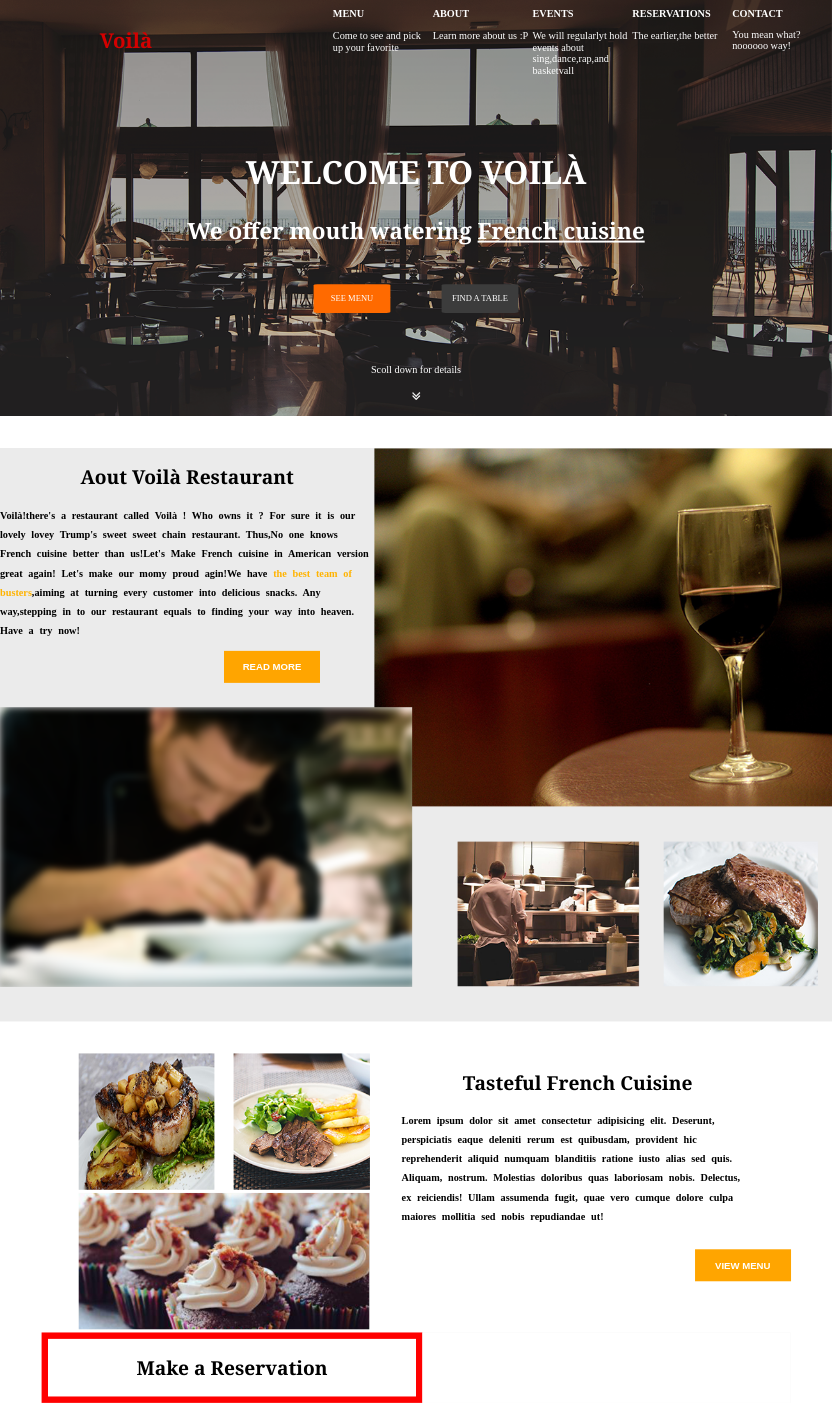
Repository: sis-shen/HTML_vsc
Page: adc_v2/index.html
The author's editor kept a copy of each file at every save. The page is drawn from the files as they stood at one save, then again after the next save.
The browser window is 1280 px wide. The page is 1300 px wide, so the pictures cover 1300 px, including what lies to the right of the window. The pictures show the whole page, at 64% of full size.

Above is the page before, as saved 2023-08-17 10:27:01.

### adc_v2/index.html
<!DOCTYPE html>
<html lang="zh-CN">
<head>
    <meta charset="UTF-8">
    <meta name="viewport" content="width=device-width, initial-scale=1.0">
    <title>王八餐厅</title>
    <link rel="stylesheet" href="style.css">
    <link rel="shotcut icon" href="img/王者.png">
</head>
<body>
    <div class="top-box">
        <div class="nav">
            <div class="t-left"><h1>Voilà </h1></div>

            <div class="t-right">
                <div class="nav-box"><a href="menu.html" target="_blank"><h2>MENU</h2></a>
                    <p>Come to see and pick up your favorite</p></div>
                <div class="nav-box"> <a href="about.html" target="_blank"><h2>ABOUT</h2></a>
                    <p>Learn more about us :P</p></div>
                <div class="nav-box"><a href="events.html" target="_blank"><h2>EVENTS</h2></a>
                    <p>We will regularlyt hold events about sing,dance,rap,and basketvall</p></div>
                <div class="nav-box"> <a href="restaurants.html" target="_blank"><h2>RESERVATIONS</h2></a>
                    <p>The earlier,the better</p></div>
                <div class="nav-box"><a href="contact.html" target="_blank"><h2>CONTACT</h2></a>
                    You mean what?noooooo way!</div>
            </div>
        </div>

        <h1 id="wel">WELCOME TO VOILÀ</h1>
        <h3>We offer mouth watering <u>French cuisine</u></h3>

        <div class="button-box">
            <div class="b-left">
                <a href="menu.html" target="_blank"><button>SEE MENU</button></a>
            </div>
            <div class="b-right">
                <a href="table.index" target="_blank"><button>FIND A TABLE</button></a>
            </div>
        </div>

        <h4>Scoll down for details</h4>

        <div class="down-arrow">
            <img src="img/down-arrow-icon.png" alt="">

        </div>
    </div>

    <!-- =============================================== -->

    <div class="top2-box">
        <div class="up-box">
            <div class="up-left">
                <h2 class="h2-title">Aout Voilà Restaurant</h2>
                <p class="main-p">Voilà!there's a restaurant called Voilà ! Who owns it ? For sure it is our lovely lovey Trump's sweet sweet chain restaurant. Thus,No one knows French cuisine better than us!Let's Make French cuisine in American version great again! Let's make our momy proud agin!We have <a href="https://g.nga.cn/read.php?tid=22017775&rand=757" target="_blank"> the best team of busters</a>,aiming at turning every customer into delicious snacks. Any way,stepping in to our restaurant equals to finding your way into heaven. Have a try now!</p>

                <a href="about.index" target="_blank"><button class="main-button">READ MORE</button></a>

            </div>

            <div class="up-right">
                <img src="img/glass of wine.png" alt="">
            </div>
        </div>
        <div class="down-box">
            <div class="down-left"><img src="img/Eric-McGregor-flickr.png" alt="eric"></div>
            <div class="down-right">
                <div class="left"><img src="img/Restaurant kitchen.png" alt=""></div>
                <div class="right"><img src="img/foodiesfeed.com_excelent-beef-steak-vegetables.png" alt=""> </div>
            </div>

        </div>
    </div>

    <!-- =========================================== -->

    <div class="cuisine-box">
        <div class="left-dish-box">
            <div class="uper">
                <div class="left"><img src="img/Steak and vegetables - Foodies Feed.png" alt="" ></div>
                <div class="right"> <img src="img/Beef-steak-pineapple-salad Foodies Feed.png" alt="" id="cup-cake" ></div>
            <div class="clear-fix"></div>


            </div>


            <div class="downer">
                <img src="img/Cup cakes.png" alt="">
            </div>
        </div>

        <div class="right-p">
            <h2 class="h2-title">Tasteful French Cuisine</h2>

            <p class="main-p">Lorem ipsum dolor sit amet consectetur adipisicing elit. Deserunt, perspiciatis eaque deleniti rerum est quibusdam, provident hic reprehenderit aliquid numquam blanditiis ratione iusto alias sed quis. Aliquam, nostrum. Molestias doloribus quas laboriosam nobis. Delectus, ex reiciendis! Ullam assumenda fugit, quae vero cumque dolore culpa maiores mollitia sed nobis repudiandae ut!</p>

            <a href="menu.html" target="_blank"><button class="main-button" id="b2">VIEW MENU</button></a>


        </div>


    </div>

    <div class="res-events">
        <div class="res">
            <h2 class="h2-title">Make a Reservation</h2>
        </div>
        <div class="events">

        </div>
    </div>



</body>
</html>

### adc_v2/style.css

body {
    box-sizing: border-box;
    font-family:Georgia, 'Times New Roman', Times, serif;

    width: 1300px;

    margin: 0 auto;

}

.clear-fix{
    clear: both;
}

/* .up-left h2 */
.h2-title{

    text-align: center;
    font-size: 30px;
}
.main-p{
    line-height: 30px;
    word-spacing: 5px;
    font-family: 微软雅黑;
    font-weight: bold;
}

.main-button{
    background-color:orange;
    height: 50px;
    width:150px;
    color: #fff;
    font-size: 15px;
    font-weight: bold;
    border: 0;
    margin-left: 350px;
}

.main-button:hover{
    background-color:rgb(213, 139, 0);

}

/* =======top-box===== */

.top-box{
    margin:auto;

    width: 1300px;
    height: 650px;
    background-image: url("img/top.png");
    background-repeat: no-repeat;

    /* border: red solid 10px; */

}

.nav {
    width: 100%;
    height: 200px;
    /* background-color: rgba(0, 255, 255, 0.207); */
    display: flex;
}

.t-left{
    height:100%;
    width: 40%;
    /* background-color: rgba(255, 0, 0, 0.236); */
}

.t-right{
    display: flex;
    height: 100%;
    width:60%;
    font-family: 微软雅黑;
}

.nav-box{
    width: 20%;
    height: 100%;
    /* background-color: rgba(255, 255, 0, 0.149); */
    color: #fff;
}

.nav-box a{
    text-decoration: none;
    color: #fff;
}

.top-box h2{
    font-size:medium
}

.t-left h1{
    color:rgb(212, 0, 0);
    position: relative;
    left:30%;
    top:20px;
}

#wel{
    text-align: center;
    color: #fff;

    font-size: 50px;
}

.top-box h3{
    text-align: center;
    color: #fff;
    font-size: 35px;
}

.button-box{
    display: flex;
    align-items: center;
    justify-content: center;
    margin-top: 60px;
}

.button-box button{
    width: 120px;
    height: 45px;
    margin-inline: 40px;
    font-family: 微软雅黑;
    color: #fff;
}

.b-left button{
    background-color: rgb(255, 106, 0);
    border: 0;
    border-radius: 5%;
}

.b-left button:hover{
    background-color: rgb(205, 85, 0);

}

.b-right button{
    background-color: rgb(60, 60, 60);
    border: 0;
    border-radius: 5%;

}

.b-right button:hover{
    background-color: rgb(35, 35, 35);

}

.top-box h4{
    text-align: center;
    color: #fff;
    font-family: 微软雅黑;
    font-weight:normal;
    margin-top: 80px;
}


.down-arrow {
    text-align: center;
}



/* ===========top2-box============== */

.top2-box{
    background-color: #ebebeb;
    padding-bottom: 50px;
}

.top2-box .up-box
{

    margin-top: 50px;
    display: flex;

    /* border: red solid 10px; */
}

.top2-box .up-left{
    width: 45%;
    min-height: 200px;

    /* border: red solid 10px; */

}

.top2-box .up-right{
    width: 55%;
    min-height: 200px;
}

.up-right img{
    width: 100%;
}





.up-left p a {
    text-decoration: none;
    color: rgb(255, 179, 0);
}

.up-left p a:hover{
    color: rgb(193, 135, 0);

}





.down-box{
    display: flex;
}



.down-right{
    margin-top: 50px;
    width: 45%;
    /* border: red solid 10px; */
    display: flex;

}

.down-right .left{
    width: 45%;
    /* margin-left:5%; */
    margin-right: 10%;
    /* border: red solid 10px; */

}

.down-right .right{
    width: 45%;
    /* border: red solid 10px; */

}

.down-left{
    width: 55%;
    max-height: 250px;
}

.down-left img{
    width: 90%;
    position: relative;
    top:-10em
}

.cuisine-box {
    width: 100%;
    margin-top: 50px;
    display: flex;
    justify-content: center;

    .left-dish-box{
        width: 455px;

        /* border: red solid 10px; */


        .uper{
            margin: 0;
            display: flex;


            .left{
                width: 50%;
            }

            .right{
                width: 50%;
            }
        }

        .downer{

        }

    }


    #cup-cake{
        float: right;
    }

    .right-p{
        width: 550px;
        margin-left: 50px;
        /* border: red solid 10px; */

    }
}

#b2{
    margin-top: 20px;
    margin-left: 458px;
}
/* ==============reservation & events============= */

.res-events{
    margin: 0 auto;
    width: 90%;
    display: flex;
    background-color: #f4f4f4;

    .res{
        background-color: white;
        width: 50%;
        border: red solid 10px;

    }
    .events{
        background-color: white;
        width: 50%;
    }
}

After the next save:
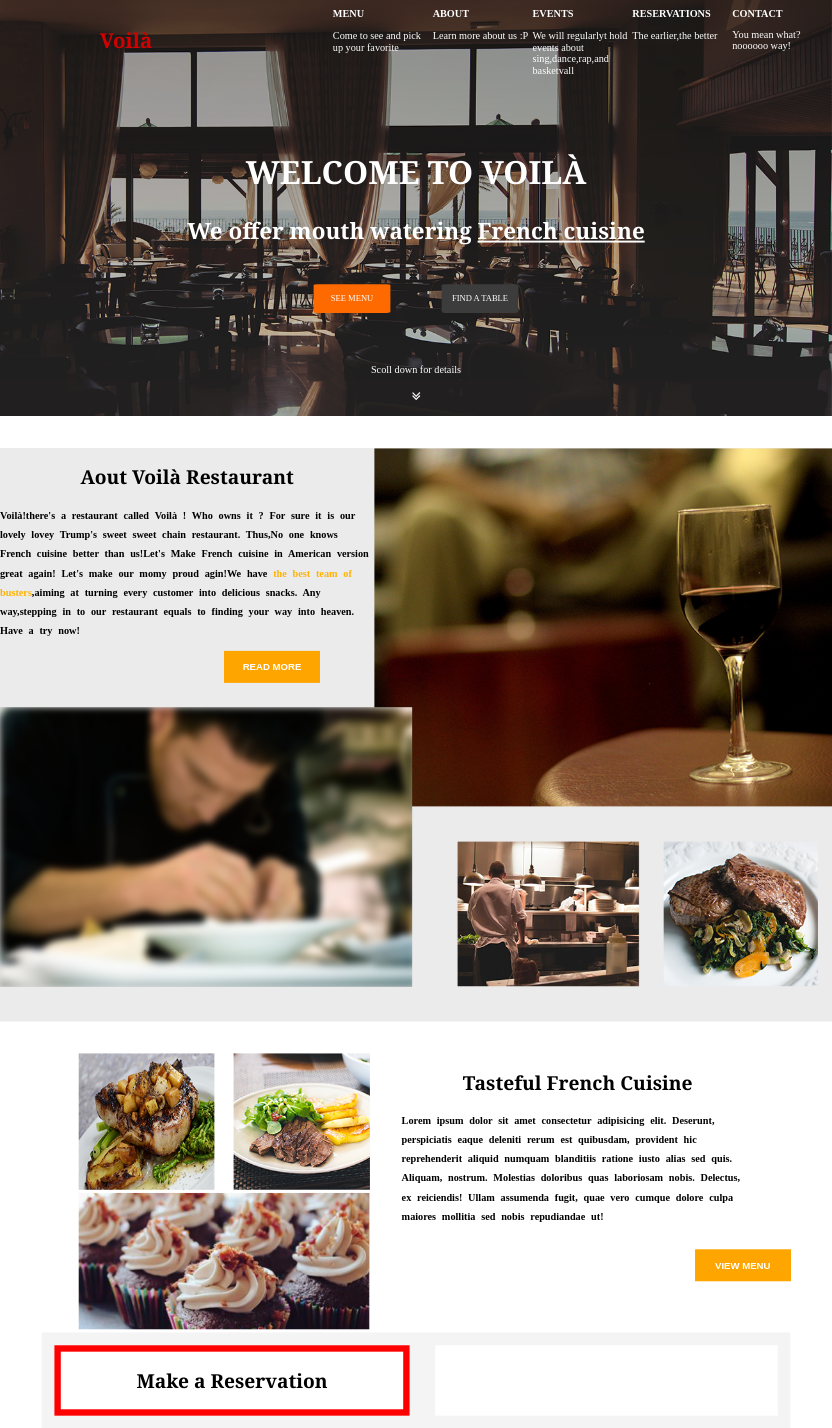
Saved 29 s later.
--- a/adc_v2/style.css
+++ b/adc_v2/style.css
@@ -313,12 +313,14 @@ body {
     background-color: #f4f4f4;
 
     .res{
+        margin: 20px;
         background-color: white;
         width: 50%;
         border: red solid 10px;
 
     }
     .events{
+        margin: 20px;
         background-color: white;
         width: 50%;
     }
